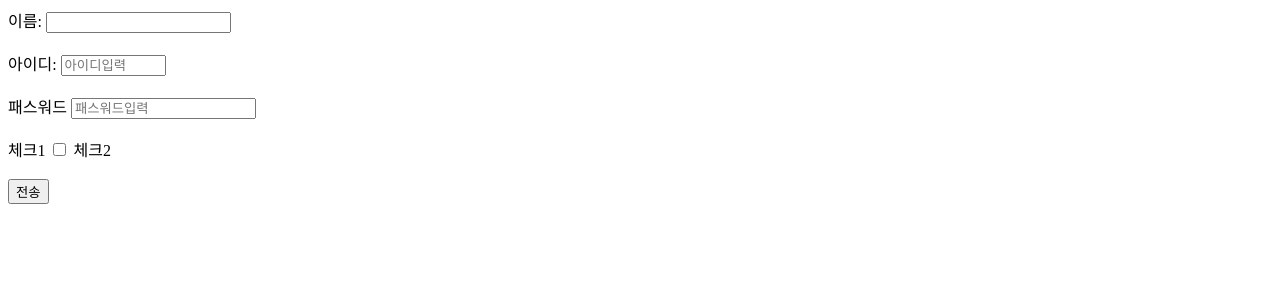
Repository: jihoonys82/weblec
Page: Front/WebContent/Ex01_HTML_tag/tagEx_09.html
An editor plug-in stored every save of this project. The page is shown before and after the next save, followed by the edit.
The browser window is 1280 px wide. The pictures show the whole page.

Above is the page before, as saved 2018-07-24 10:14:21.

### Front/WebContent/Ex01_HTML_tag/tagEx_09.html
<!DOCTYPE html>
<html>
<head>
<meta charset="UTF-8">
<title>Insert title here</title>


</head>
<body>

<div>

<form action="#" method="get">
	<label>이름:	<input type="text" name="name" /></label>
	<br><br>
	<label for="uId">아이디:</label>
	<input type="text" id="uId" name="userId" size="10" placeholder="아이디입력"/>
	<br><br>

	<label for="userPwd">패스워드</label>
	<input type="password" id="userPwd" name="userPwd" placeholder="패스워드입력" />
	<br><br>

	<label for="chkBox">체크1</label>
	<input type="checkbox" id="chkBox" name="chkBox" />
	<label for="chkBox">체크2</label>
	<br><br>

	<input type="submit" value="전송" />
</form>

</div>

</body>
</html>

After the next save:
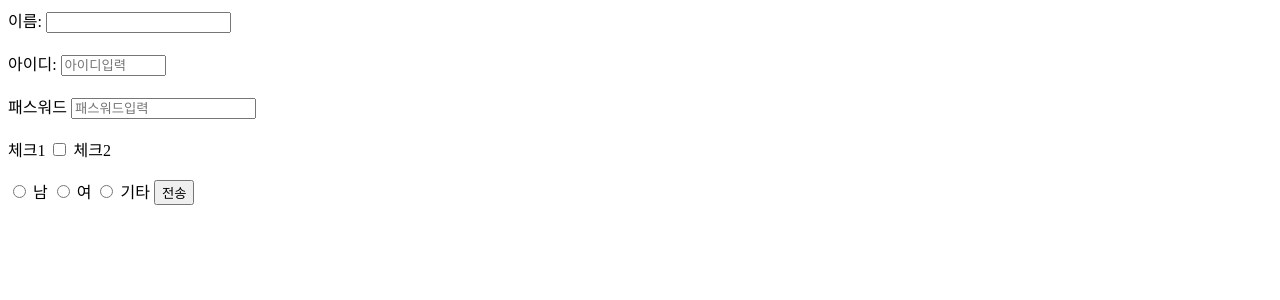
Saved 4 min 26 s later.
--- a/Front/WebContent/Ex01_HTML_tag/tagEx_09.html
+++ b/Front/WebContent/Ex01_HTML_tag/tagEx_09.html
@@ -24,7 +24,12 @@
 	<label for="chkBox">체크1</label>
 	<input type="checkbox" id="chkBox" name="chkBox" />
 	<label for="chkBox">체크2</label>
+	<!-- Send chkBox=on as QueryString when the chkBox is Checked only.  -->
 	<br><br>
+
+	<input type="radio" name="gender" value="m" /> 남
+	<input type="radio" name="gender" value="f" /> 여
+	<input type="radio" name="gender" value="o" /> 기타
 
 	<input type="submit" value="전송" />
 </form>
